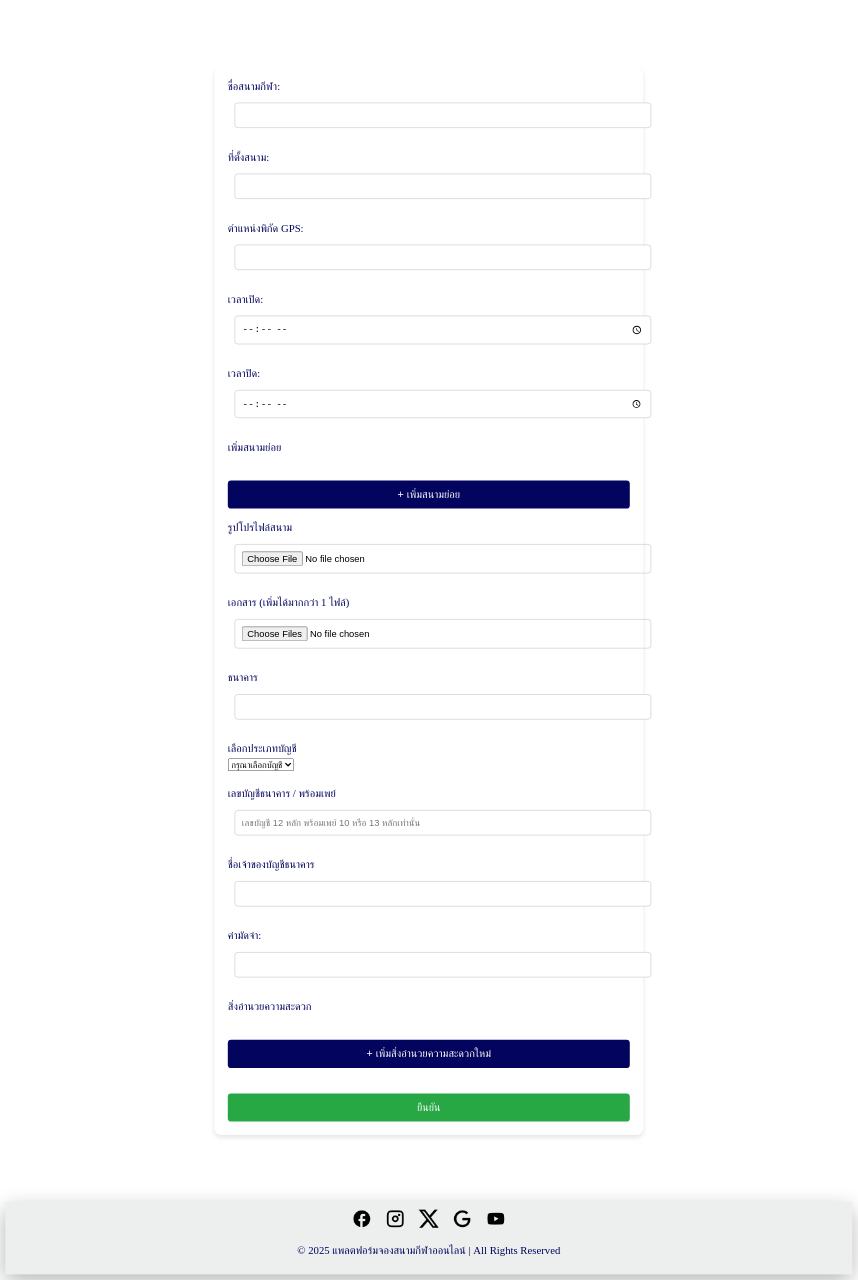
Repository: narawit101/project2
Page: /register-field (app in frontend/)
An editor plug-in stored every save of this project. The page is shown before and after the next save, followed by the edit.
The browser window is 1280 px wide. The pictures show the whole page, at 67% of full size.
The page's requests for data from a server got no answer. The project was rebuilt for these pictures with package versions that can differ from the ones it lists, and the page was loaded fresh each time. The framework's server and built-in components were replaced by stand-ins that run in the browser. No one was signed in, and anything a server would have sent is missing. Also part of the build but not shown: frontend/next.config.js, frontend/next.config.mjs, frontend/src/app/globals.css.

Above is the page before, as saved 2025-03-19 12:36:51.

After the next save:
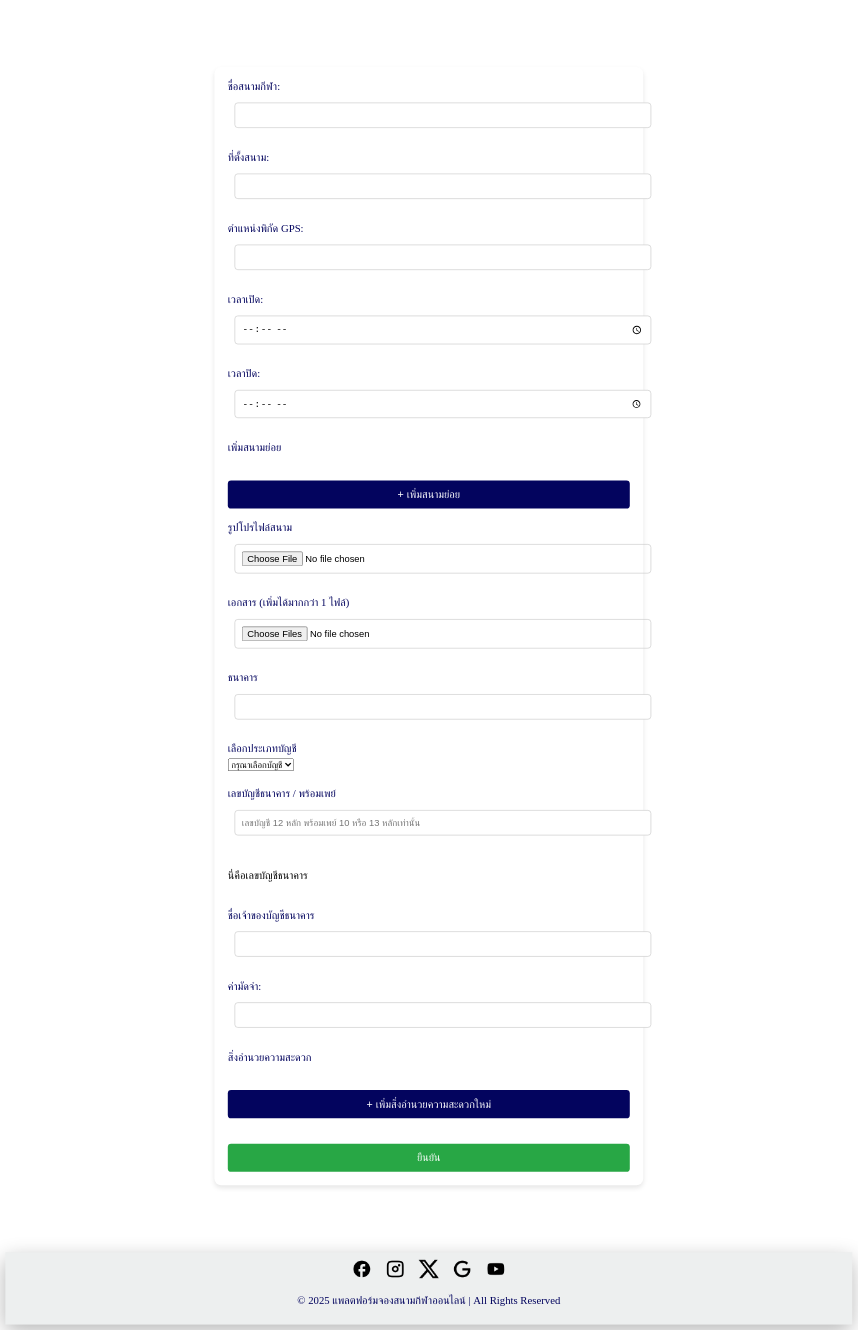
Saved 22 s later.
--- a/frontend/src/app/components/RegisterFieldForm.jsx
+++ b/frontend/src/app/components/RegisterFieldForm.jsx
@@ -473,6 +473,15 @@
             maxLength={13} // ✅ จำกัดสูงสุดที่ 13 หลัก
           />
         </div>
+
+        <div className="input-group">
+          <p>
+            {fieldData.account_type === "พร้อมเพย์"
+              ? "นี่คือหมายเลขพร้อมเพย์"
+              : "นี่คือเลขบัญชีธนาคาร"}
+          </p>
+        </div>
+
         <div className="input-group">
           <label htmlFor="bank">ชื่อเจ้าของบัญชีธนาคาร</label>
           <input

After the save that followed:
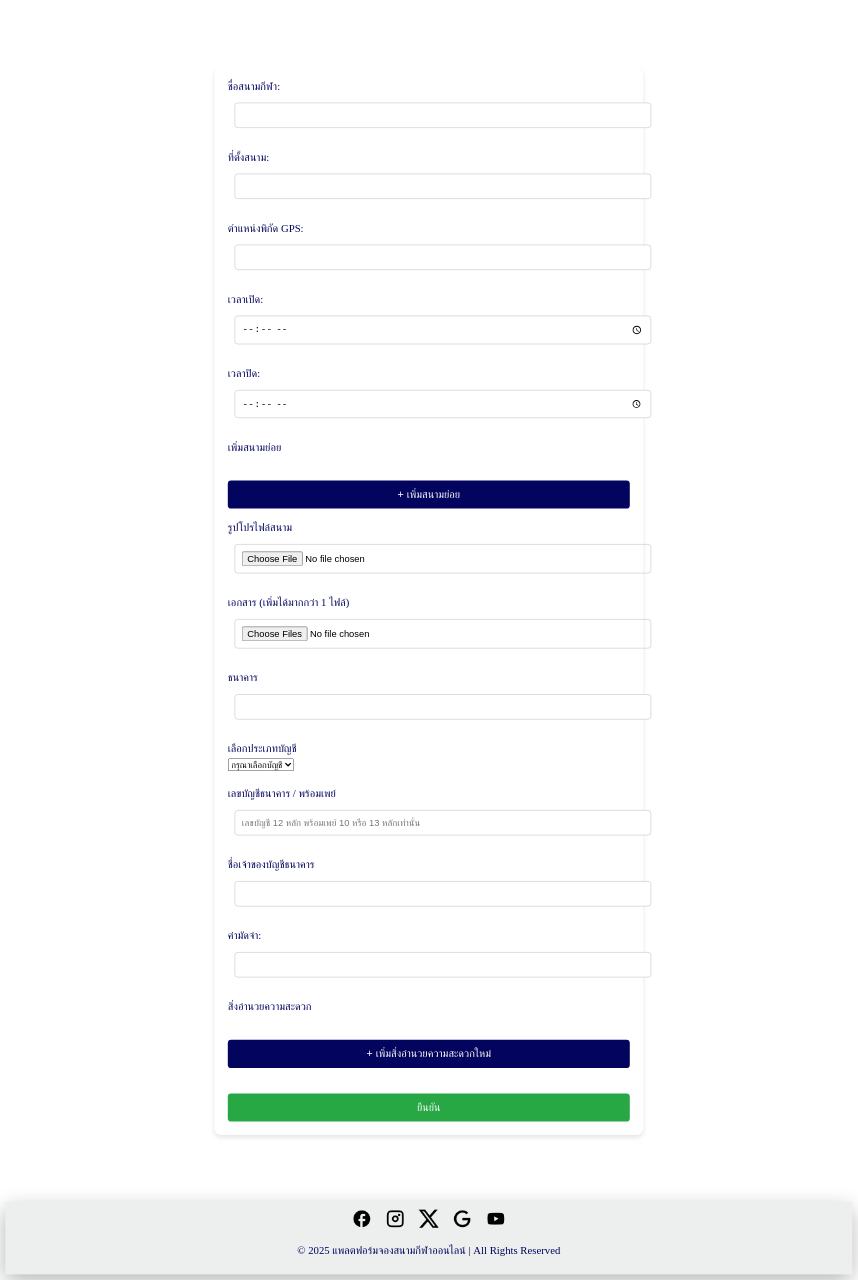
Saved 26 s later.
--- a/frontend/src/app/components/RegisterFieldForm.jsx
+++ b/frontend/src/app/components/RegisterFieldForm.jsx
@@ -155,16 +155,28 @@
 
     const storedUser = localStorage.getItem("user");
     if (!storedUser) {
-      alert(" กรุณาเข้าสู่ระบบก่อน!");
+      alert("กรุณาเข้าสู่ระบบก่อน!");
       return;
     }
 
     const userData = JSON.parse(storedUser);
-    const userId = userData.user_id; //  ดึง user_id ตอน Submit
+    const userId = userData.user_id; // ดึง user_id ตอน Submit
+
+    // ตรวจสอบข้อมูลที่กรอกให้ครบถ้วน
+    if (!fieldData.field_name || !fieldData.address || !fieldData.gps_location || !fieldData.open_hours || !fieldData.close_hours || !fieldData.number_bank || !fieldData.account_holder) {
+      alert("กรุณากรอกข้อมูลให้ครบถ้วน");
+      return;
+    }
+
+    // ถ้าเลือกเอกสารหรือรูปภาพไม่ได้
+    if (!fieldData.documents || !fieldData.img_field) {
+      alert("กรุณาเลือกเอกสารและรูปโปรไฟล์สนาม");
+      return;
+    }
 
     const formData = new FormData();
     formData.append("documents", fieldData.documents);
-    formData.append("img_field", fieldData.img_field); //  เพิ่มการส่งรูปภาพ
+    formData.append("img_field", fieldData.img_field); // เพิ่มการส่งรูปภาพ
     formData.append(
       "data",
       JSON.stringify({
@@ -178,7 +190,7 @@
         account_holder: fieldData.account_holder,
         price_deposit: fieldData.price_deposit,
         name_bank: fieldData.name_bank,
-        status: fieldData.status || "รอตรวจสอบ", //  เพิ่มค่า Status
+        status: fieldData.status || "รอตรวจสอบ", // เพิ่มค่า Status
         selectedFacilities,
         subFields: subFields,
       })
@@ -192,14 +204,32 @@
 
       const data = await res.json();
       if (data.error) {
-        console.error(" Error:", data.error);
+        console.error("Error:", data.error);
         alert("เกิดข้อผิดพลาด: " + data.error);
         return;
       }
 
       alert("ลงทะเบียนสนามเรียบร้อย!");
+      setFieldData({
+      field_name: "",
+      address: "",
+      gps_location: "",
+      documents: null,
+      open_hours: "",
+      close_hours: "",
+      img_field: null,
+      preview_img: null,
+      number_bank: "",
+      account_holder: "",
+      price_deposit: "",
+      name_bank: "",
+      selectedSport: "",
+    });
+    setSubFields([]); // เคลียร์สนามย่อย
+    setSelectedFacilities({}); // เคลียร์สิ่งอำนวยความสะดวก
+    setMessage(""); // เคลียร์ข้อความ error หรือ success
     } catch (error) {
-      console.error(" Fetch Error:", error);
+      console.error("Fetch Error:", error);
       alert("เกิดข้อผิดพลาดในการส่งข้อมูล");
     }
   };
@@ -473,15 +503,6 @@
             maxLength={13} // ✅ จำกัดสูงสุดที่ 13 หลัก
           />
         </div>
-
-        <div className="input-group">
-          <p>
-            {fieldData.account_type === "พร้อมเพย์"
-              ? "นี่คือหมายเลขพร้อมเพย์"
-              : "นี่คือเลขบัญชีธนาคาร"}
-          </p>
-        </div>
-
         <div className="input-group">
           <label htmlFor="bank">ชื่อเจ้าของบัญชีธนาคาร</label>
           <input
